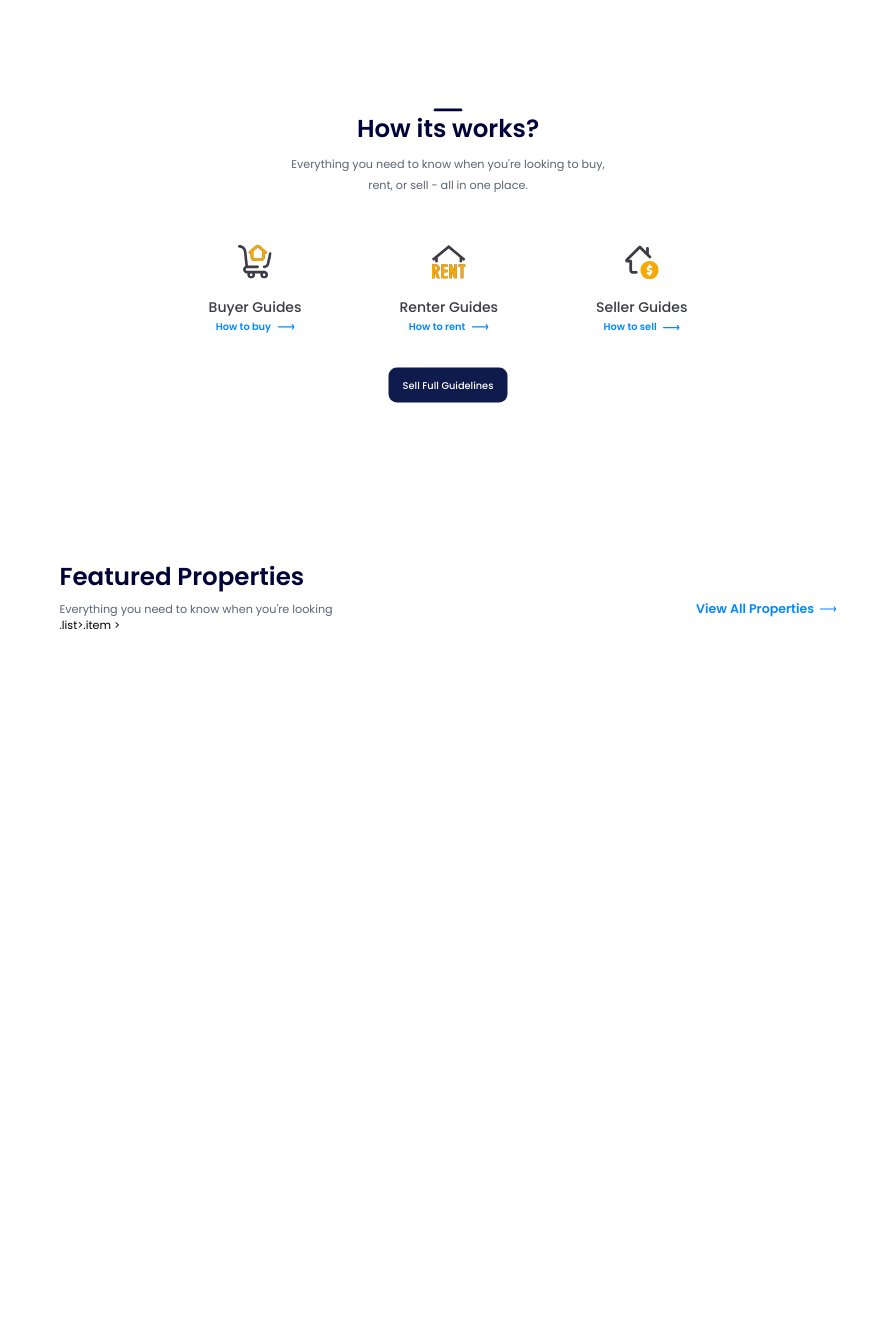
Repository: Tctiensk/f8-htmlcss-01
Page: index.html
An editor plug-in stored every save of this project. The page is shown before and after the next save, followed by the edit.
The browser window is 1280 px wide. The pictures show the part of the page from y = 1080 to 3000 px (the page is 3000 px tall), at 70% of full size.

Above is the page before, as saved 2022-12-04 10:42:44.

### index.html
<!DOCTYPE html>
<html lang="en">
    <head>
        <meta charset="UTF-8" />
        <meta http-equiv="X-UA-Compatible" content="IE=edge" />
        <meta name="viewport" content="width=device-width, initial-scale=1.0" />
        <title>F8 PROJECT 01</title>
        <link rel="stylesheet" href="./assets/css/reset.css" />
        <link rel="stylesheet" href="./assets/fonts/stylesheet.css" />
        <link rel="stylesheet" href="./assets/css/style.css" />
    </head>

    <body>
        <main style="height: 3000px">
            <!-- header -->
            <header class="header">
                <div class="content">
                    <nav class="navbar">
                        <!-- logo -->
                        <img src="./assets/img/Logo.svg" alt="Besnik." />
                        <!-- navigation -->
                        <ul>
                            <li><a href="#!">Home</a></li>
                            <li><a href="#!">Features</a></li>
                            <li><a href="#!">Services</a></li>
                            <li><a href="#!">Resources</a></li>
                            <li><a href="#!">Contact</a></li>
                        </ul>

                        <!-- action -->
                        <div class="action">
                            <a href="" class="action-link">Sign in </a>
                            <a href="" class="btn action-btn">Sign up </a>
                        </div>
                    </nav>

                    <div class="hero">
                        <div class="info">
                            <p class="sub-title">Welcome to Besnik Agency</p>
                            <h1 class="title">
                                Discover a place you'll love to live.
                            </h1>
                            <p class="desc">
                                Get the best real estate deals first, before
                                they hit the mass market! HOT FORECLOSURE DEALS
                                with one simple search.
                            </p>
                            <a href="#!" class="btn hero-cta">More About Us</a>
                        </div>
                        <img
                            src="./assets/img/house illustration.svg"
                            alt="Discover a place you'll love to live."
                            class="hero-img"
                        />
                    </div>
                </div>
            </header>
            <div class="clients">
                <div class="content">
                    <div class="row">
                        <!-- logo -->
                        <img src="./assets/img/Logo.svg" alt="Besnik." />

                        <!-- Stars -->
                        <div class="stars">
                            <img src="./assets/img/Vector.svg" alt="Star" />
                            <img src="./assets/img/Vector.svg" alt="Star" />
                            <img src="./assets/img/Vector.svg" alt="Star" />
                            <img src="./assets/img/Vector.svg" alt="Star" />
                            <img src="./assets/img/Vector.svg" alt="Star" />
                        </div>
                    </div>
                    <div class="row row-desc">
                        <p class="desc">
                            More than 45,000+ companies trust besnik
                        </p>
                        <p class="desc">5 Star Ratings (2k+ Review)</p>
                    </div>
                    <div class="images">
                        <img src="./assets/img/logo2.svg" alt="MeUndies" />
                        <img src="./assets/img/slack.svg" alt="slack" />
                        <img src="./assets/img/Union.svg" alt="amazon" />
                        <img src="./assets/img/commerce.svg" alt="commerce" />
                        <img src="./assets/img/sitepoint.svg" alt="sitepoint" />
                    </div>
                </div>
            </div>
            <!-- Guides -->
            <div class="guides">
                <div class="content">
                    <h2 class="sub-title">How its works?</h2>
                    <p class="desc">
                        Everything you need to know when you're looking to buy,
                        rent, or sell - all in one place.
                    </p>

                    <!-- === list guides ===== -->
                    <ul class="list-guides">
                        <li class="guide-item">
                            <img
                                src="./assets/img/bier.svg"
                                alt="buyer"
                                class="icon"
                            />
                            <h3 class="title">Buyer Guides</h3>
                            <a href="#!" class="link">
                                <span>How to buy</span>
                                <img
                                    src="./assets/img/arow.svg"
                                    alt="arrow right"
                                    class="arrow"
                                />
                            </a>
                        </li>
                        <li class="guide-item">
                            <img
                                src="./assets/img/render.svg"
                                alt="Renter Guides"
                                class="icon"
                            />
                            <h3 class="title">Renter Guides</h3>
                            <a href="#!" class="link">
                                <span>How to rent</span>
                                <img
                                    src="./assets/img/arow.svg"
                                    alt="arrow right"
                                    class="arrow"
                                />
                            </a>
                        </li>
                        <li class="guide-item">
                            <img
                                src="./assets/img/home.svg"
                                alt="Seller Guides"
                                class="icon"
                            />
                            <h3 class="title">Seller Guides</h3>
                            <a href="#!" class="link">
                                <span>How to sell</span>
                                <img
                                    src="./assets/img/arow.svg"
                                    alt="arrow right"
                                    class="arrow"
                                />
                            </a>
                        </li>
                    </ul>

                    <div class="guides-cta">
                        <a href="#!" class="btn">Sell Full Guidelines</a>
                    </div>
                </div>
            </div>

            <!-- ==== featured ===== -->
            <div class="featured">
                <div class="content">
                    <header>
                        <h2 class="sub-title">Featured Properties</h2>
                        <div class="row">
                            <p class="desc">
                                Everything you need to know when you're looking
                            </p>
                            <a href="#!" class="link">
                                <span>View All Properties</span>
                                <img
                                    src="./assets/img/arow.svg"
                                    alt="arrow right"
                                    class="arrow"
                                />
                            </a>
                        </div>
                    </header>
                    .list>.item ><img src="" alt="" class="thumb" />
                    <div class="body">
                        <h3 class="title"></h3>
                        <p class="desc"></p>
                        <div class="info">
                            <img src="" alt="" class="icon" />
                            <span class="lable"></span>
                        </div>
                    </div>
                </div>
            </div>
        </main>
    </body>
</html>

### assets/fonts/stylesheet.css
@font-face {
    font-family: "Poppins";
    src: url("Poppins/Poppins-BoldItalic.woff2") format("woff2"),
        url("Poppins/Poppins-BoldItalic.woff") format("woff");
    font-weight: bold;
    font-style: italic;
    font-display: swap;
}

@font-face {
    font-family: "Poppins";
    src: url("Poppins/Poppins-ExtraBold.woff2") format("woff2"),
        url("Poppins/Poppins-ExtraBold.woff") format("woff");
    font-weight: bold;
    font-style: normal;
    font-display: swap;
}

@font-face {
    font-family: "Poppins";
    src: url("Poppins/Poppins-BlackItalic.woff2") format("woff2"),
        url("Poppins/Poppins-BlackItalic.woff") format("woff");
    font-weight: 900;
    font-style: italic;
    font-display: swap;
}

@font-face {
    font-family: "Poppins";
    src: url("Poppins/Poppins-ExtraBoldItalic.woff2") format("woff2"),
        url("Poppins/Poppins-ExtraBoldItalic.woff") format("woff");
    font-weight: bold;
    font-style: italic;
    font-display: swap;
}

@font-face {
    font-family: "Poppins";
    src: url("Poppins/Poppins-Bold.woff2") format("woff2"),
        url("Poppins/Poppins-Bold.woff") format("woff");
    font-weight: bold;
    font-style: normal;
    font-display: swap;
}

@font-face {
    font-family: "Poppins";
    src: url("Poppins/Poppins-Black.woff2") format("woff2"),
        url("Poppins/Poppins-Black.woff") format("woff");
    font-weight: 900;
    font-style: normal;
    font-display: swap;
}

@font-face {
    font-family: "Poppins";
    src: url("Poppins/Poppins-LightItalic.woff2") format("woff2"),
        url("Poppins/Poppins-LightItalic.woff") format("woff");
    font-weight: 300;
    font-style: italic;
    font-display: swap;
}

@font-face {
    font-family: "Poppins";
    src: url("Poppins/Poppins-Medium.woff2") format("woff2"),
        url("Poppins/Poppins-Medium.woff") format("woff");
    font-weight: 500;
    font-style: normal;
    font-display: swap;
}

@font-face {
    font-family: "Poppins";
    src: url("Poppins/Poppins-ExtraLightItalic.woff2") format("woff2"),
        url("Poppins/Poppins-ExtraLightItalic.woff") format("woff");
    font-weight: 200;
    font-style: italic;
    font-display: swap;
}

@font-face {
    font-family: "Poppins";
    src: url("Poppins/Poppins-Italic.woff2") format("woff2"),
        url("Poppins/Poppins-Italic.woff") format("woff");
    font-weight: normal;
    font-style: italic;
    font-display: swap;
}

@font-face {
    font-family: "Poppins";
    src: url("Poppins/Poppins-Light.woff2") format("woff2"),
        url("Poppins/Poppins-Light.woff") format("woff");
    font-weight: 300;
    font-style: normal;
    font-display: swap;
}

@font-face {
    font-family: "Poppins";
    src: url("Poppins/Poppins-ExtraLight.woff2") format("woff2"),
        url("Poppins/Poppins-ExtraLight.woff") format("woff");
    font-weight: 200;
    font-style: normal;
    font-display: swap;
}

@font-face {
    font-family: "Poppins";
    src: url("Poppins/Poppins-SemiBoldItalic.woff2") format("woff2"),
        url("Poppins/Poppins-SemiBoldItalic.woff") format("woff");
    font-weight: 600;
    font-style: italic;
    font-display: swap;
}

@font-face {
    font-family: "Poppins";
    src: url("Poppins/Poppins-Regular.woff2") format("woff2"),
        url("Poppins/Poppins-Regular.woff") format("woff");
    font-weight: normal;
    font-style: normal;
    font-display: swap;
}

@font-face {
    font-family: "Poppins";
    src: url("Poppins/Poppins-ThinItalic.woff2") format("woff2"),
        url("Poppins/Poppins-ThinItalic.woff") format("woff");
    font-weight: 100;
    font-style: italic;
    font-display: swap;
}
@font-face {
    font-family: "Poppins";
    src: url("Poppins/Poppins-MediumItalic.woff2") format("woff2"),
        url("Poppins/Poppins-MediumItalic.woff") format("woff");
    font-weight: 500;
    font-style: italic;
    font-display: swap;
}

@font-face {
    font-family: "Poppins";
    src: url("Poppins/Poppins-SemiBold.woff2") format("woff2"),
        url("Poppins/Poppins-SemiBold.woff") format("woff");
    font-weight: 600;
    font-style: normal;
    font-display: swap;
}

@font-face {
    font-family: "Poppins";
    src: url("Poppins/Poppins-Thin.woff2") format("woff2"),
        url("Poppins/Poppins-Thin.woff") format("woff");
    font-weight: 100;
    font-style: normal;
    font-display: swap;
}

### assets/css/style.css
* {
    box-sizing: border-box;
}

:root {
    --primary-color: #0f1b4c;
}
html {
    font-size: 62.5%;
}
body {
    font-size: 1.6rem;
    font-family: "Poppins", sans-serif;
}
/* common */
a {
    text-decoration: none;
}
.content {
    width: 1110px;
    max-width: calc(100% -48px);
    margin-left: auto;
    margin-right: auto;
}
/* ================= header ====================*/
.header {
    height: 100vh;
    background: #e6f0ff;
    position: relative;
}
.navbar {
    display: flex;
    align-items: center;
    padding-top: 38px;
}
.navbar ul {
    display: flex;
    margin-left: 50px;
}
.navbar .action {
    margin-left: auto;
}
.navbar ul a {
    font-weight: 500;
    font-size: 1.4rem;
    color: #4f5361;
    padding: 8px 1.4rem;
}
.navbar ul a:hover {
    text-decoration: underline;
}
.navbar .action-link {
    font-weight: 500;
    font-size: 1.4rem;
    line-height: 21px;
    color: var(--primary-color);
}
.btn {
    display: inline-block;
    min-width: 98px;
    padding: 18px 16px;
    background: var(--primary-color);
    border-radius: 12px;
    font-weight: 500;
    font-size: 1.4rem;
    text-align: center;
    color: #ffffff;
}
.btn:hover {
    opacity: 0.9;
}
.btn.hero-cta {
    min-width: 170px;
    margin-top: 40px;
}
.navbar .action-btn {
    padding: 13px 16px;
    margin-left: 18px;
    border-radius: 8px;
}
.hero {
    margin-top: 130px;
}
.hero .sub-title {
    font-weight: 500;
    font-size: 1.8rem;
    line-height: 1.5;
    letter-spacing: 0.01em;
    color: #687691;
}
.hero .title {
    margin-top: 8px;
    font-weight: 700;
    font-size: 6.2rem;
    line-height: 1.19;
    color: #000336;
}
.hero .info {
    width: 51%;
}
.hero .desc {
    margin-top: 30px;
    font-weight: 400;
    font-size: 18px;
    line-height: 1.78;
    color: #5a6473;
}
.hero-img {
    position: absolute;
    bottom: 0;
    right: 65px;
}
/* clients  */
.clients {
    margin-top: 122px;
}
.clients .row {
    display: flex;
    justify-content: space-between;
}
.clients .desc {
    font-weight: 500;
    font-size: 16px;
    line-height: 1.25;
    color: #7d8589;
}
.clients .row-desc {
    margin-top: 23px;
}
.clients .images {
    display: flex;
    justify-content: space-between;
    margin-top: 96px;
}
/* ================ guile ============= */
.guides {
    margin-top: 200px;
}
.guides .sub-title {
    position: relative;
    font-weight: 600;
    font-size: 3.5rem;
    line-height: 1;
    text-align: center;
    color: #000339;
}
.guides .sub-title::before {
    position: absolute;
    top: -10px;
    left: 50%;
    transform: translateX(-50%);
    content: "";
    display: inline-block;
    width: 41px;
    height: 4px;
    background: #000339;
    border-radius: 12px;
}
.guides .desc {
    width: 459px;
    max-width: 100%;
    margin: 20px auto 0;
    font-weight: 400;
    font-size: 1.6rem;
    line-height: 1.88;
    text-align: center;
    color: #5a6473;
}
.list-guides {
    display: flex;
    justify-content: center;
    margin-top: 70px;
}
.guide-item {
    margin: 0 70px;
    text-align: center;
}
.guide-item .title {
    margin-top: 26px;
    font-weight: 500;
    font-size: 2rem;
    line-height: 1.1;
    color: #3b3c45;
}
.guide-item .link {
    display: inline-block;
    margin-top: 10px;
    font-weight: 600;
    font-size: 1.4rem;
    color: #0689ff;
}
.guide-item .arrow {
    margin-left: 6px;
}
.guides-cta {
    margin-top: 50px;
    display: flex;
    justify-content: center;
}
.guides-cta .btn {
    min-width: 170px;
}
/* ================ featured ============= */
.featured {
    margin-top: 230px;
}
.featured .sub-title {
    font-weight: 600;
    font-size: 3.5rem;
    line-height: 1;

    color: #000339;
}
.featured .row {
    display: flex;
    justify-content: space-between;
    margin-top: 15px;
}
.featured .desc {
    font-weight: 400;
    font-size: 1.6rem;
    line-height: 1.88;
    color: #5a6473;
}
.featured .link {
    display: flex;
    align-items: center;
    font-weight: 600;
    font-size: 1.8rem;
    color: #0689ff;
}
.featured .link .arrow {
    margin-left: 8px;
}

Loaded but not shown: assets/css/reset.css (common file)

After the next save:
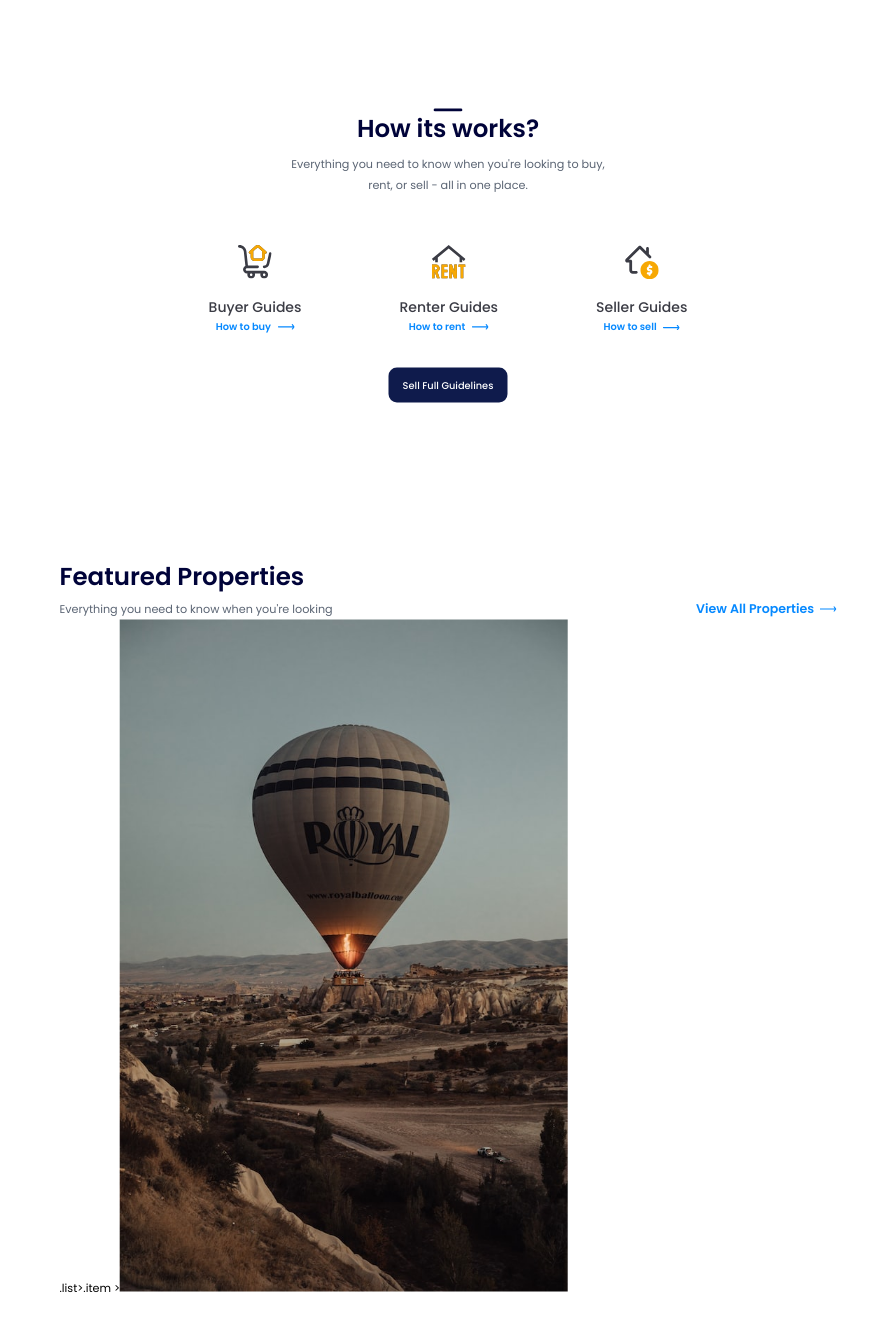
Saved 2 min 33 s later.
--- a/index.html
+++ b/index.html
@@ -171,7 +171,11 @@
                             </a>
                         </div>
                     </header>
-                    .list>.item ><img src="" alt="" class="thumb" />
+                    .list>.item ><img
+                        src="./assets/img/mesut-cicen-fzzh7qhUOMI-unsplash.jpg"
+                        alt="Nikko Apartments"
+                        class="thumb"
+                    />
                     <div class="body">
                         <h3 class="title"></h3>
                         <p class="desc"></p>
